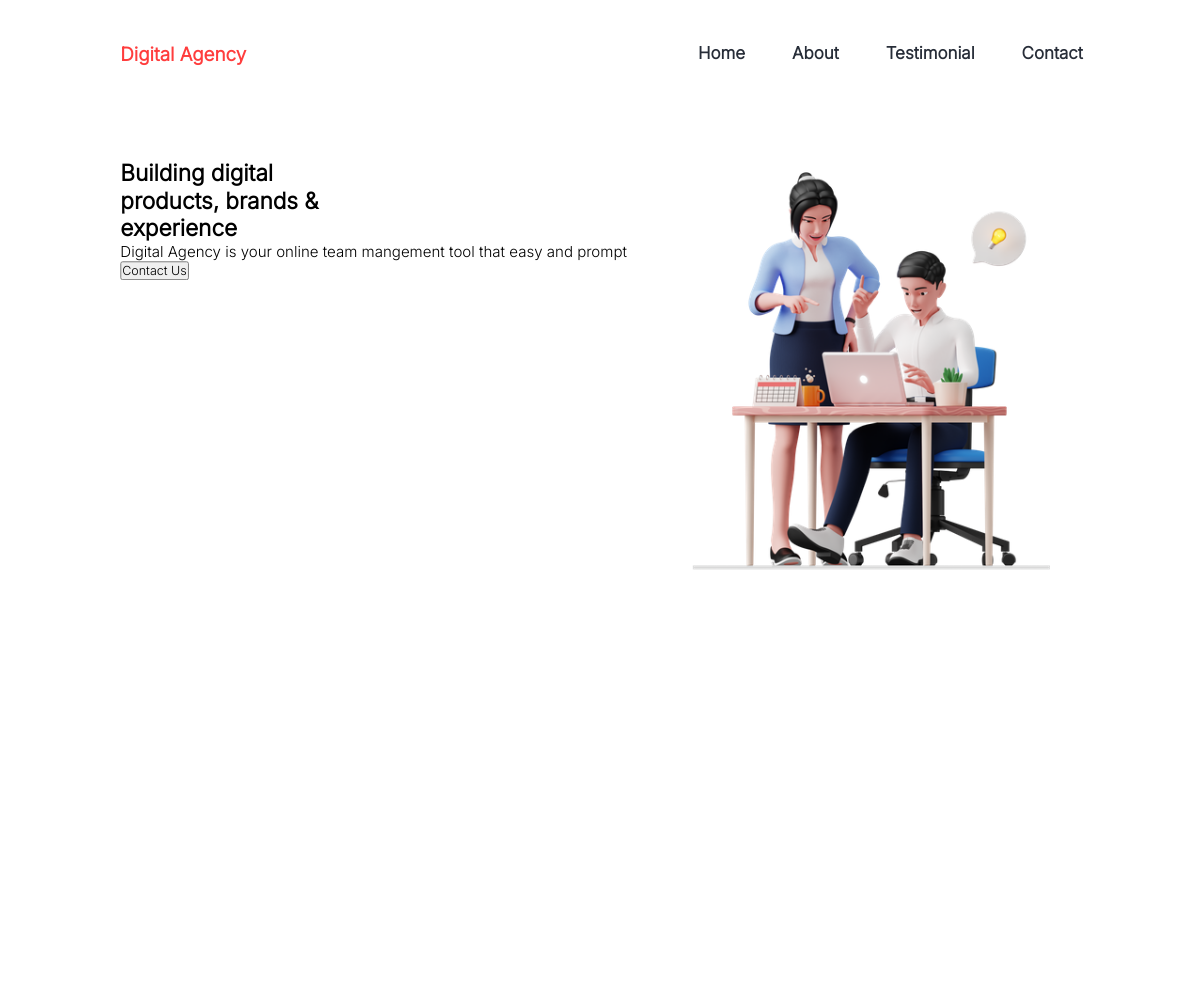
Repository: ThuatDev/fullstack_devc
Page: index.html
An editor plug-in stored every save of this project. The page is shown before and after the next save, followed by the edit.
The browser window is 1280 px wide. The pictures show the whole page, at 94% of full size.

Above is the page before, as saved 2022-11-09 16:32:53.

### index.html
<!DOCTYPE html>
<html lang="en">
  <head>
    <meta charset="UTF-8" />
    <meta http-equiv="X-UA-Compatible" content="IE=edge" />
    <meta name="viewport" content="width=device-width, initial-scale=1.0" />
    <link rel="stylesheet" href="index.css" />
    <title>Digital Agency</title>
  </head>
  <body>
    <div class="container">
      <div class="navbar">
        <div class="navbar__left">
          <p class="navbar__left-logo">Digital Agency</p>
        </div>
        <div class="navbar__right">
          <ul class="navbar__right-list">
            <li><a href="#">Home</a></li>
            <li><a href="#">About</a></li>
            <li><a href="#">Testimonial</a></li>
            <li><a href="#">Contact</a></li>
          </ul>
        </div>
      </div>

      <!-- HERO SECTION  -->
      <div class="h-section">
        <div class="h-section__left">
          <h2>Building digital products, brands & experience</h2>
          <p>
            Digital Agency is your online team mangement tool that easy and
            prompt
          </p>
          <button>Contact Us</button>
        </div>
        <div class="h-section__right">
          <img
            src="./img/business-people-discussing-business-idea.png"
            alt=""
          />
        </div>
      </div>
    </div>
  </body>
</html>

### index.css
@import url("https://fonts.googleapis.com/css2?family=Inter:wght@200;300&display=swap");
* {
  padding: 0;
  margin: 0;
  box-sizing: border-box;
  font-family: "Inter", sans-serif;
}
.container {
  width: 80%;
  height: 1000px;

  margin: 0 auto;
}

/* nav bar*/
.navbar {
  display: flex;
  justify-content: space-between;
  margin-top: 46px;
}
.navbar .navbar__left .navbar__left-logo {
  font-size: 20px;
  font-weight: 700;
  color: rgb(255, 61, 61);
  line-height: 24px;
}
.navbar > .navbar__right > .navbar__right-list {
  display: flex;
}
.navbar > .navbar__right > .navbar__right-list li {
  list-style: none;
  margin-left: 50px;
}
.navbar > .navbar__right > .navbar__right-list li > a {
  text-decoration: none;
  /* color: rgb(255, 72, 72); */
  /* padding: 10px 20px; */
  /* display: block;
   */
  font-weight: 600;
  font-size: 18px;
  color: #272d38;
}
/* Hero section */
.h-section {
  display: flex;
  justify-content: space-between;
  margin-top: 100px;
}
.h-section .h-section__left h2 {
  width: 50%;
}

After the next save:
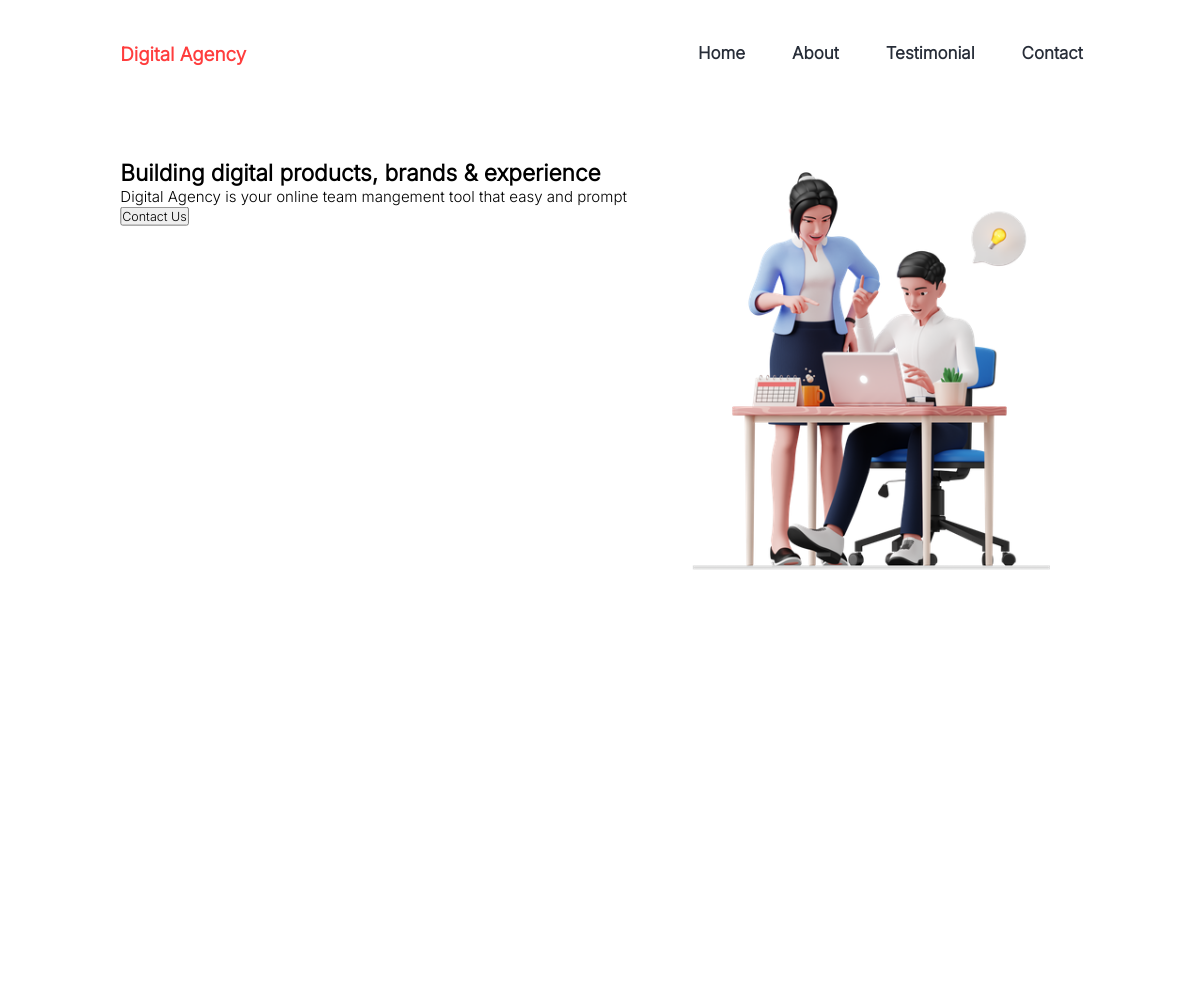
Saved 8 s later.
--- a/index.css
+++ b/index.css
@@ -48,5 +48,5 @@
   margin-top: 100px;
 }
 .h-section .h-section__left h2 {
-  width: 50%;
+  font-weight: 700;
 }
